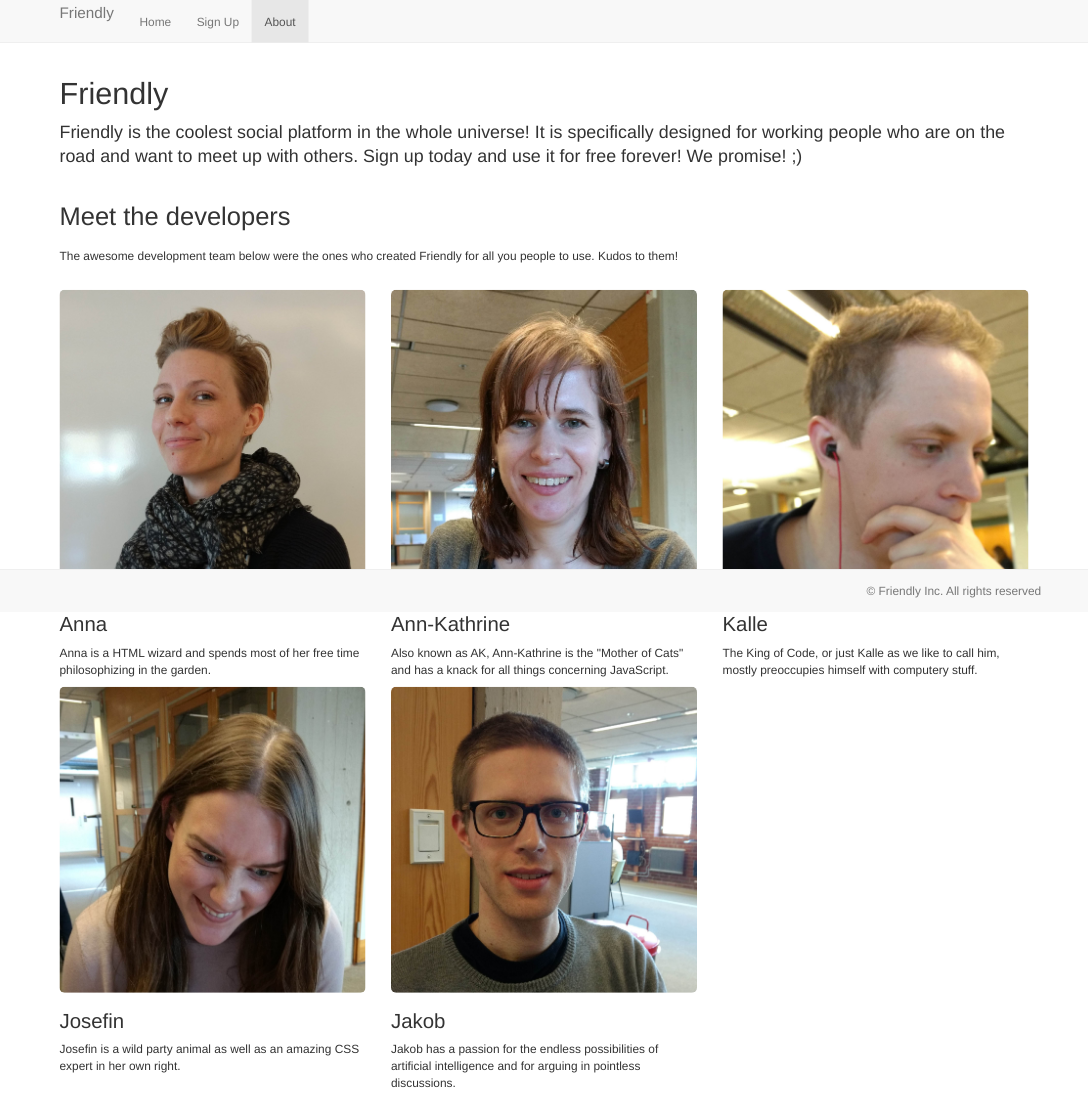
Repository: kristallklart/friendly_java
Page: http://localhost/FriendlyWeb/About.jsp
An editor plug-in stored every save of this project. The page is shown before and after the next save, followed by the edit.
The browser window is 1280 px wide. The pictures show the whole page, at 85% of full size.
Some web libraries are served in a nearby version. The page is served by Tomcat 9. Nobody is signed in. The application's start-up code is not run. Other server files are loaded and not shown.

Above is the page before, as saved 2017-05-05 08:12:20.

### FriendlyWeb/WebContent/About.jsp
<%@ page language="java" contentType="text/html; charset=ISO-8859-1"
    pageEncoding="ISO-8859-1"%>
<!DOCTYPE html>
<html lang="en">

<head>

	<meta charset="UTF-8">
	<meta http-equiv="X-UA-Compatible" content="IE=edge">
	<meta name="viewport" content="width=device-width, initial-scale=1">
	<title>Friendly - About</title>
	<link rel="stylesheet" href="/FriendlyWeb/lib/bootstrap/css/bootstrap.min.css">
  	<link rel="stylesheet" href="/FriendlyWeb/css/style.css">
</head>

<body>
	<!-- Navbar header-->
	<nav class="navbar navbar-default navbar-fixed-top">
		<div class="container">
			<!-- Brand and toggle get grouped for better mobile display -->
			<div class="navbar-header">
				<button type="button" class="navbar-toggle collapsed" data-toggle="collapse" data-target="#bs-example-navbar-collapse-1"
				 aria-expanded="false">
				<span class="sr-only">Toggle navigation</span>
				<span class="icon-bar"></span>
				<span class="icon-bar"></span>
				<span class="icon-bar"></span>
			</button>
				<a class="navbar-brand" href="#">Friendly</a>
			</div>

			<!-- Collect the nav links, forms, and other content for toggling -->
			<div class="collapse navbar-collapse" id="bs-example-navbar-collapse-1">
				<ul class="nav navbar-nav">
					<li><a href="/FriendlyWeb/Index.jsp">Home</a></li>
					<li><a href="/FriendlyWeb/SignUp.jsp">Sign Up </a></li>
					<li class="active"><a href="#">About<span class="sr-only">(current)</span></a></li>

				</ul>
			</div>
			<!-- /.navbar-collapse -->
		</div>
		<!-- /.container -->
	</nav>

<div class="container">
			<div class="row">
				<div class="col-xs-12">
					<h1> Friendly </h1>
				</div>

		</div>
		<div class="row">
			<div class="col-xs-12">
				<p class="lead"> Friendly is the coolest social platform in the whole universe!
					It is specifically designed for working people who are on the road and want to meet up with others.
					Sign up today and use it for free forever! We promise! ;) </p>
			</div>
		</div>

	<div class="row">
		<div class="col-xs-12">
			<h2> Meet the developers <h2>
		</div>
	</div>
	<div class="row">
		<div class="col-xs-12">
			<p class="default-bottom-padding"> The awesome development team below were the ones who created Friendly for all you people to use. Kudos to them! </p>
		</div>
	</div>
	<div class="row">
		<div class="col-xs-12 col-sm-6 col-md-4 col-lg-4">
			<img class="img-responsive img-rounded" src="/FriendlyWeb/assets/img/anna3.jpg">
			<h3> Anna </h3>
			<p> Anna is a HTML wizard and spends most of her free time philosophizing in the garden. </p>
		</div>
		<div class="col-xs-12 col-sm-6 col-md-4 col-lg-4">
			<img class="img-responsive img-rounded" src="/FriendlyWeb/assets/img/ak3.jpg">
			<h3> Ann-Kathrine </h3>
			<p> Also known as AK, Ann-Kathrine is the "Mother of Cats" and has a knack for all things concerning JavaScript. </p>
		</div>
		<div class="col-xs-12 col-sm-6 col-md-4 col-lg-4">
			<img class="img-responsive img-rounded" src="/FriendlyWeb/assets/img/kalle3.jpg">
			<h3> Kalle </h3>
			<p> The King of Code, or just Kalle as we like to call him, mostly preoccupies himself with computery stuff. </p>
		</div>
		<div class="col-xs-12 col-sm-6 col-md-4 col-lg-4">
			<img class="img-responsive img-rounded" src="/FriendlyWeb/assets/img/jossan4.jpg">
			<h3> Josefin </h3>
			<p> Josefin is a wild party animal as well as an amazing CSS expert in her own right. </p>
		</div>
		<div class="col-xs-12 col-sm-6 col-md-4 col-lg-4">
			<img class="img-responsive img-rounded" src="/FriendlyWeb/assets/img/jakob3.jpg">
			<h3> Jakob </h3>
			<p> Jakob has a passion for the endless possibilities of artificial intelligence and for arguing in pointless discussions.</p>
		</div>
		<div class="col-xs-12 col-sm-6 col-md-4 col-lg-4">
			<p> </p>
		</div>
	</div>
</div>



	<%@ include file = "/html/footer.html" %>

	<script src="https://ajax.googleapis.com/ajax/libs/jquery/3.2.1/jquery.min.js"></script>
  	<script src="/FriendlyWeb/lib/bootstrap/js/bootstrap.min.js"></script>
</body>


</html>

### FriendlyWeb/WebContent/html/footer.html
 <!-- nav-footer -->
 <nav class="navbar navbar-default navbar-fixed-bottom">
   <div class="container">
     <p class= "navbar-text navbar-right">© Friendly Inc. All rights reserved</p>
   </div>
</nav> <!-- /nav-footer-->

### FriendlyWeb/WebContent/css/style.css
body {
	padding-top: 70px;
}

.navbar-brand{
	padding-top: 5px;}

.default-top-padding {
	padding-top: 20px;
}

.default-bottom-padding {
	padding-bottom: 20px;
}
.footer-top-padding{
	padding-top: 75px;
}

.default-top-margin {
	margin-top: 20px;
}

.default-bottom-margin {
	margin-bottom: 20px;
}

.equal {
  display: flex;
  display: -webkit-flex;
}
.vertical-align {
  display: flex;
  flex-direction: row;
}

.vertical-align > [class^="col-"],
.vertical-align > [class*=" col-"] {
  display: flex;
  align-items: center;
}
.icon-padding {
  padding: 3px;
}

.btn {
    white-space: normal;
}

.drop-colour {
    color: white;
    background-color: green;
  }
  .row-padding{
    padding-top: 4px;
    padding-bottom: 4px;
  }

.image-formatting{
	height: 50%;
}

Loaded but not shown: FriendlyWeb/WebContent/lib/bootstrap/css/bootstrap.min.css (library); FriendlyWeb/WebContent/lib/bootstrap/js/bootstrap.min.js (library)

After the next save:
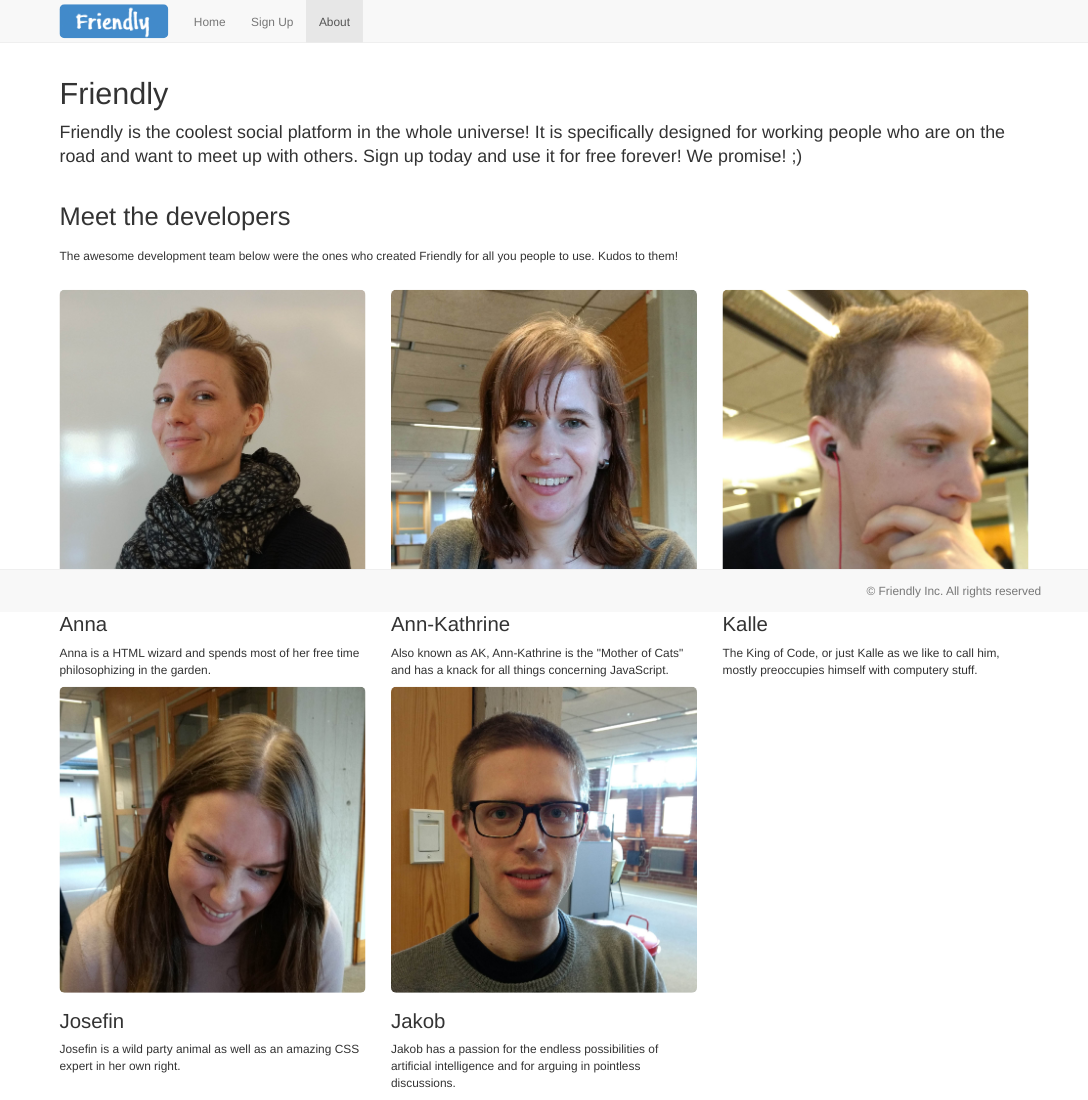
Saved 26 s later.
--- a/FriendlyWeb/WebContent/About.jsp
+++ b/FriendlyWeb/WebContent/About.jsp
@@ -26,7 +26,7 @@
 				<span class="icon-bar"></span>
 				<span class="icon-bar"></span>
 			</button>
-				<a class="navbar-brand" href="#">Friendly</a>
+				<a class="navbar-brand" href="/FriendlyWeb/Index.jsp"><img class="img-responsive img-rounded" src="/FriendlyWeb/assets/img/logo3.png"></a>
 			</div>
 
 			<!-- Collect the nav links, forms, and other content for toggling -->
